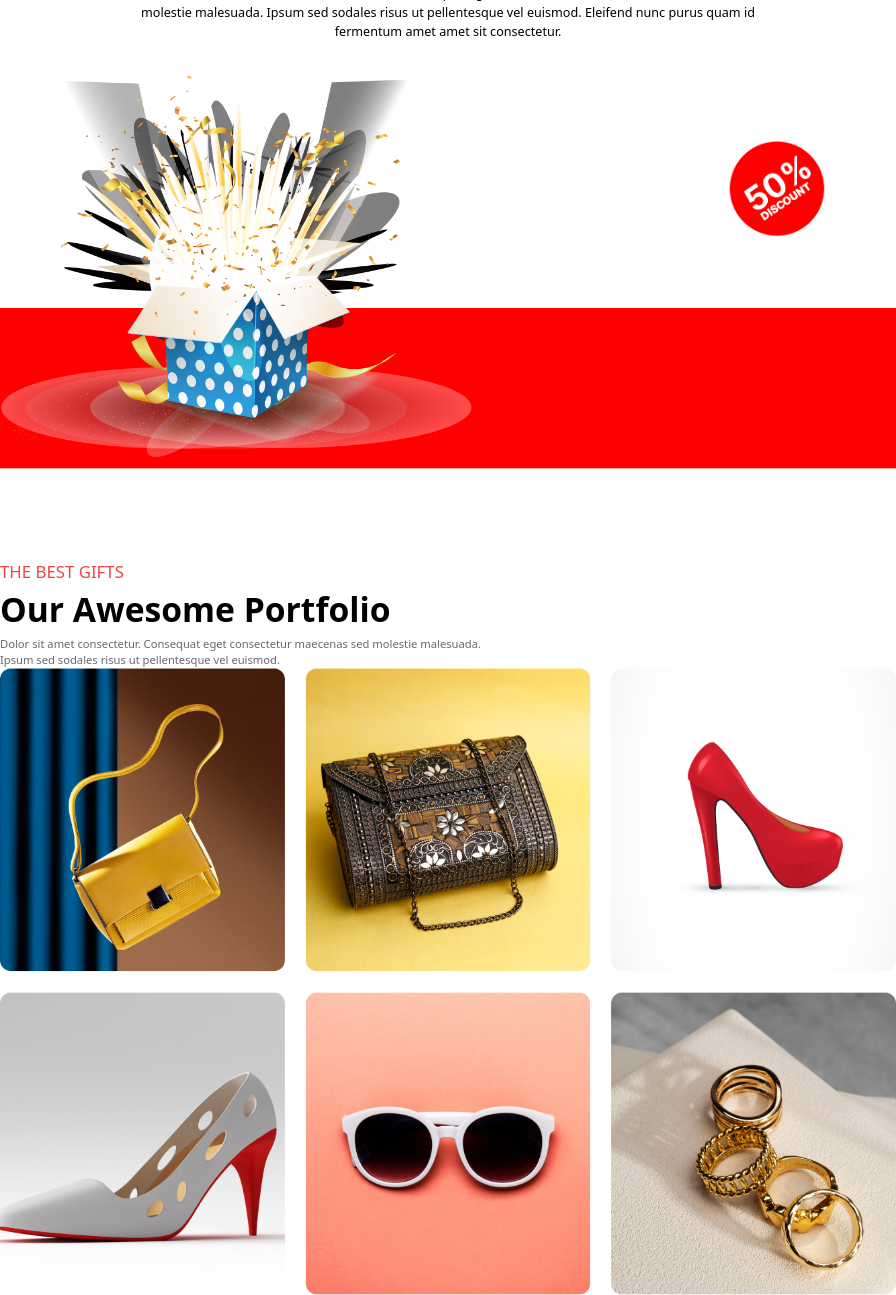
Repository: nahid-hasann/landing-page-1
Page: index.html
The author's editor kept a copy of each file at every save. The page is drawn from the files as they stood at one save, then again after the next save.
The browser window is 1280 px wide. The pictures show the part of the page from y = 3870 to 5790 px (the page is 5720 px tall before and 5790 px after), at 70% of full size.
Some web libraries are served in a nearby version.

Above is the page before, as saved 2025-07-09 21:35:59.

### index.html
<!DOCTYPE html>
<html lang="en">
<head>
    <meta charset="UTF-8">
    <meta name="viewport" content="width=device-width, initial-scale=10">
    <title>Document</title>
    <link rel="stylesheet" href="style.css">
    <script src="https://cdn.tailwindcss.com"></script>

</head>
<body>

<main class="main">

  <section>
      <div class="banner">

        <h6 style="color: white; text-align: center;">Happy New Year</h6>
        <h1 style="color: white; text-align: center;">New Year Party Celebration</h1>

    </div>
  </section>

<section class="discount-section">
      <div class="discount">

      <h1 class="discount-of">65% OFF</h1>
      <br>
      <br>
      <br>
      <p class="discount-p">OUR HOLIDAY DEALS ARE BETTER</p>
      <br>
      <h4 class="discount-h">ALL CATEGORIES</h4>
      <br>
      <img style="width: 802px; text-align: center; margin: auto;" src="images/New Year Photo.png" alt="">

  </div>
</section>

<section class="midnight-party">
      <div>
        <h1 style="font-size: 64px; color: white;">Welcome to midnight party</h1>
        <br>
        <p style="font-size: 18px; color: #b09f7c;">Dolor sit amet consectetur. Consequat eget consectetur maecenas sed molestie malesuada. Ipsum sed sodales risus ut pellentesque vel euismod. </p>
        <br>
        <p style="font-size: 20px ; font-weight: 700; color: white;">Join Now</p>
      </div>

      <img src="images/Group 70.png" alt="">

</section >

<section class=" offer">

         <p style="font-size: 30px;"><span style="color: red; font-size: 30px;">Place:</span> New Park Hotel</p>
         <br>
         <p style="font-size: 30px;"><span style="color: red; font-size: 30px;">Date:</span> 31 December Night 2023</p>
         <br>
         <p style="font-size: 30px;"><span style="color: red; font-size: 30px;">Time:</span> Evening 7.30 pm to 12.30 am</p>
         <br>
         <br>
         <button class="btn">Join Now</button>

</section>


<section class="new-best-offer">

<div class="new-offer1">
  <p style="font-size: 24px; color: red;">NEW BEST OFFER</p>
  <br>
  <h1 style="font-size: 48px;">Coming Soon</h1>
  <br>
  <p style="font-size: 20px ; color: rgba(7, 2, 17, 0.6);">Dolor sit amet consectetur. Consequat eget consectetur maecenas sed molestie malesuada. Ipsum sed sodales risus ut pellentesque vel euismod. </p>
</div>

<div style="padding-right: 100px;" class="new-offer2">
    <div class="circle-border">
      <img style="width: 364px; " src="images/Ellipse 1.png" alt="">
    </div>
</div>

<div class="new-offer3">
      <h2>2024</h2>
      <p>Dolor sit amet consectetur. Consequat eget consectetur maecenas sed.</p>
      <img src="images/Group 96.png" alt="">
</div>

</section>


<section class="holidays">

  <div>
    <p style="font-size: 24px ; text-align: center;">WHAT IS FUNCTIONAL</p>
    <br>
    <h1 style="font-size: 72px; text-align: center;"><span style="color: red; text-align: center;">Holidays</span> Sale 50%</h1>
    <br>
    <p style="text-align: center; font-size: 18px ; padding: 0px 100px;">Dolor sit amet consectetur. Consequat eget consectetur maecenas sed <br>
molestie malesuada. Ipsum sed  sodales risus ut pellentesque vel euismod. Eleifend nunc purus quam id <br> fermentum amet amet sit consectetur.</p>
  </div>

  <div class="holidays-img">
    <img class="img1" src="images/Group 75.png" alt="">
    <img class="img2" src="images/Group 44.png" alt="">
  </div>


</section>


<section class="img-show">

   <div>
    <p class="text-red-500  text-[24px]">THE BEST GIFTS</p>
    <h1 class="text-[48px] font-bold">Our Awesome Portfolio</h1>
    <p class="text-[rgba(7,2,17,0.6)]">Dolor sit amet consectetur. Consequat eget consectetur maecenas sed molestie malesuada. <br>
    Ipsum sed sodales risus ut pellentesque vel euismod. </p>
   </div>

   <div class="img-show-1">
    <img src="images/Rectangle 3.png" alt="">
    <img src="images/Rectangle 4.png" alt="">
    <img src="images/Rectangle 5.png" alt="">
    <img src="images/Rectangle 6.png" alt="">
    <img src="images/Rectangle 7.png" alt="">
    <img src="images/Rectangle 8.png" alt="">
   </div>

</section>

</main>





</body>
</html>

### style.css
*{
    margin: 0;
    padding: 0;
    box-sizing: border-box;
}

.main{
    max-width: 1320px;
    margin: auto;
}

.banner{
    background: linear-gradient(rgba(0, 0, 0, 0.5), rgba(0, 0, 0, 0.5)), url(images/banner.png);
    background-repeat: no-repeat;
    background-size: cover;
    background-position: center;
    margin: 20px auto;
    height: 600px;
    display: flex;
    flex-direction: column;
    justify-content: center;
    border-radius: 15px;

}

.banner h1 {
   font-size: 72px;
}

.banner h6{
    font-size: 32px;
}

.discount{
    display: flex;
    flex-direction: column;
    justify-content: center;
    align-items: center;
}

.discount-of{
    font-size: 88px;
    color: red;
}

.discount-p{
    font-size: 24px ;
    color: red;

}

.discount-h{
    font-size: 48px;
}

.discount-section{
    margin: 130px 0;
}

.midnight-party{
    display: flex;
    justify-content: space-around;
    background: linear-gradient(rgba(0, 0, 0, 0.5), rgba(0, 0, 0, 0.5)), url('images/Vectorrr.png');
    align-items: center;
    padding: 40px 100px;
    border-radius: 10px;
    gap: 40px;
    margin-bottom: 130px;
}

.offer{
    background: linear-gradient(to bottom, #ffeaea, #ffffff);
    padding: 100px;
    display: flex;
    flex-direction: column;
    align-items: center;
    margin-bottom: 130px;
    border-radius: 10px;
}

.btn{
    padding: 13px 24px;
    border: none;
    background-color: red;
    border-radius: 5px;
}

.new-best-offer{
    display: flex;
    gap: 50px;
    align-items: center;
    justify-content: space-between;
    margin: 130px auto;
}

.new-offer2 .circle-border{
    width: 500px;
    height: 500px;
    border-radius: 50%;
    display: flex;
    justify-content: center;
    background: transparent;
    align-items: center;
    border: 20px solid red;

}

.new-offer2 img {
    width: 90%;                 /* Size adjust */
    height: auto;
    object-fit: cover;          /* Maintain image aspect */
}

.holidays{
    margin-bottom: 130px;
}

.img1{
    width: 674px;
}

.img2{
    width: 200px;
    margin-bottom: 300px;
    margin-right: 70px;
}

.holidays-img{
    background-image: url('images/rectangle.png');
    background-repeat: no-repeat;
    background-position: center bottom;
    display: flex;
    justify-content: space-between;
    align-items: flex-end;
    margin-top: 50px;
}

.img-show-1{

    display: grid;
    grid-template-columns: 1fr 1fr 1fr;
    column-gap: 30px;
    row-gap: 30px;
    margin-top: ;
}

After the next save:
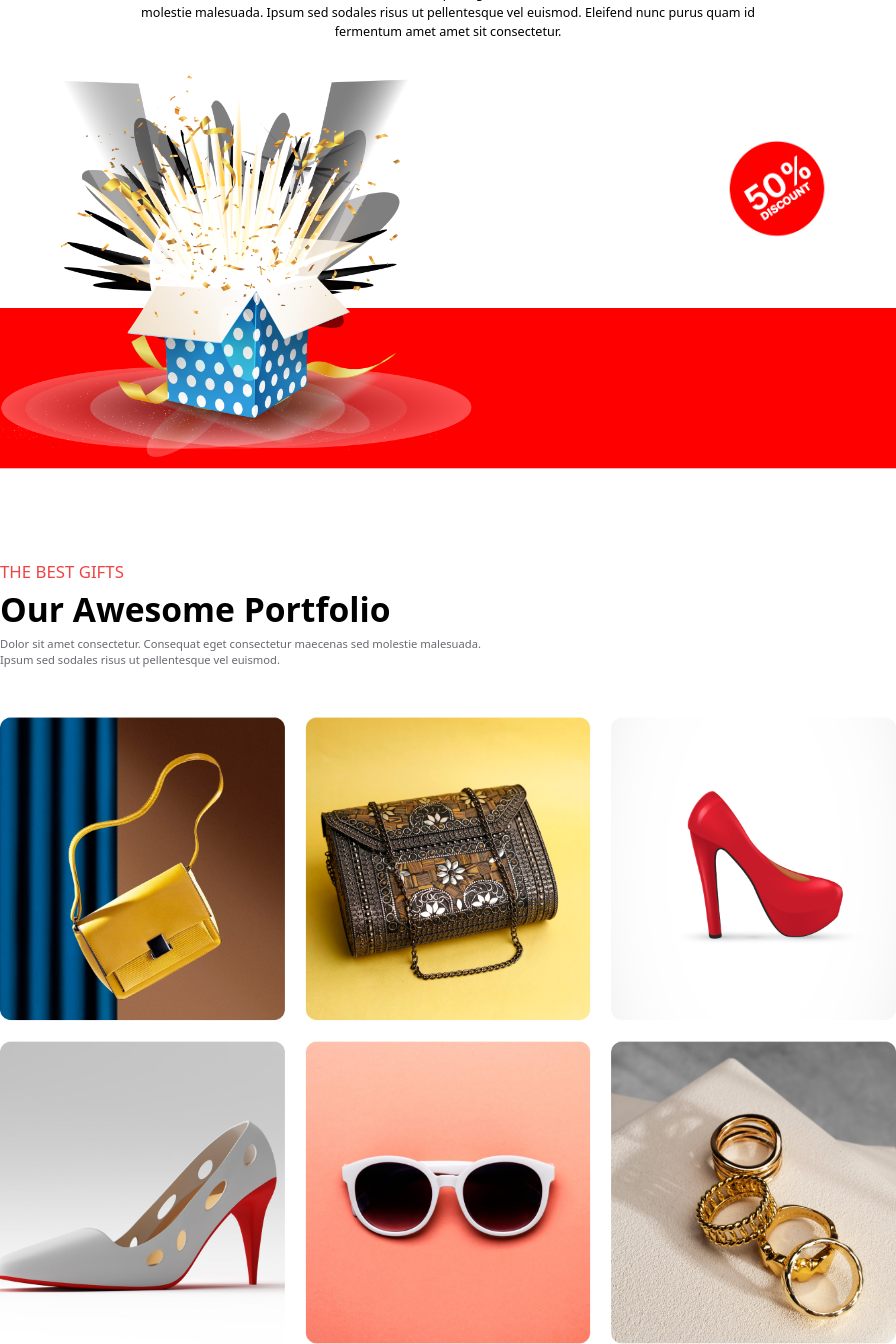
Saved 4 s later.
--- a/style.css
+++ b/style.css
@@ -141,5 +141,5 @@
     grid-template-columns: 1fr 1fr 1fr;
     column-gap: 30px;
     row-gap: 30px;
-    margin-top: ;
+    margin-top: 70px;
 }
